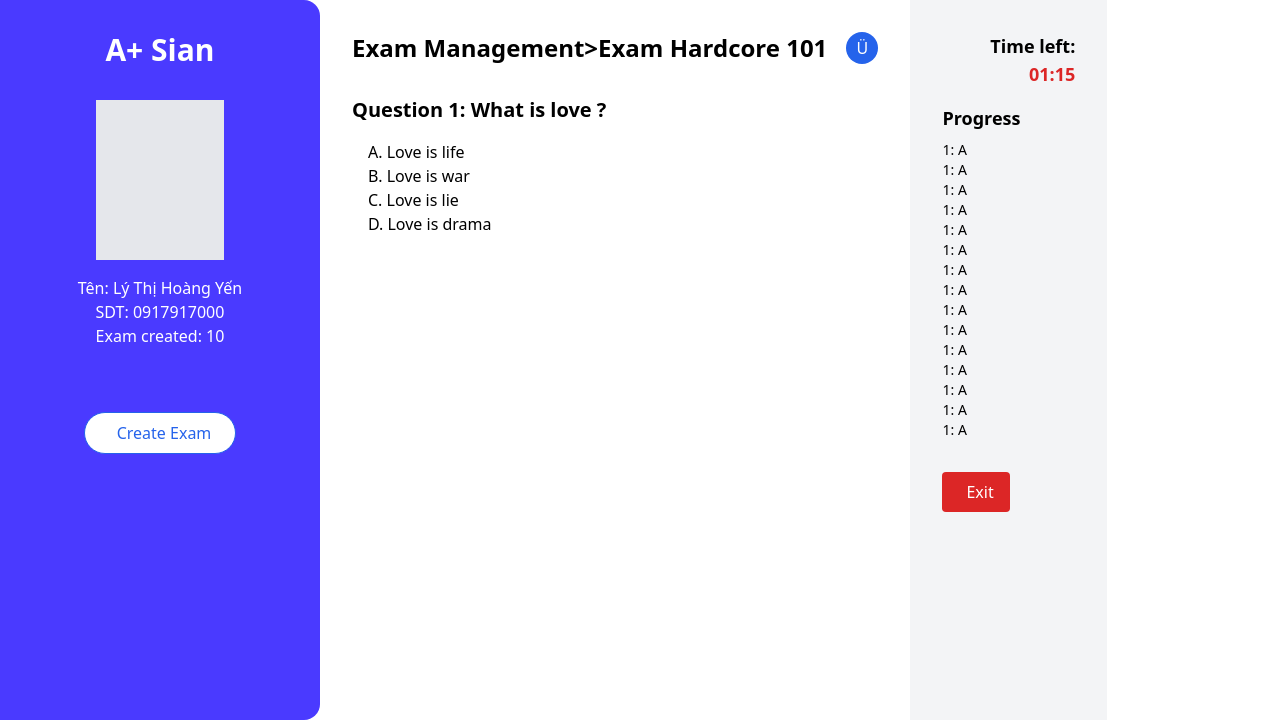
Repository: LyThiHoangYen/A_client
Page: / (app in online-exam-system-frontend/)
An editor plug-in stored every save of this project. The page is shown before and after a run of saves, followed by the edit.
The browser window is 1280 px wide. The pictures show the whole page.
The project was rebuilt for these pictures with package versions that can differ from the ones it lists, and the page was loaded fresh each time.

Above is the page before, as saved 2024-10-23 14:26:10.

### online-exam-system-frontend/src/App.js
import Sidebar from "./components/sidebar";
import StudentExamPage from "./pages/studentExamPage";

function App() {
  return (
    <div className="flex h-screen">
      <Sidebar />
      <StudentExamPage />
    </div>
  );
}

export default App;

### online-exam-system-frontend/src/components/sideBar.js
import UserProfile from "./userProfile";
import Button from "./button";

function Sidebar () {
  return (
    <div className="bg-[#4a3aff] text-white w-1/4 p-8 flex flex-col items-center rounded-tr-2xl rounded-br-2xl">
      <div className="text-3xl font-bold mb-8">A+ Sian</div>
      <UserProfile
        name="Lý Thị Hoàng Yến"
        phone="0917917000"
        examsCreated={10}
      />
      <Button text="Create Exam" />
    </div>
  );
  };

export default Sidebar;

### online-exam-system-frontend/src/pages/studentExamPage.js
import SidebarRight from "../components/rightSideBarExam";
import TakeTheExam from "../components/takeTheExam";

function StudentExamPage () {
    return (
    <div className="flex h-screen">
      <TakeTheExam />
      <SidebarRight />
    </div>
  );
};
export default StudentExamPage;

### online-exam-system-frontend/src/components/userProfile.js
function UserProfile ({ name, phone, examsCreated }){
    return (
        <div className="text-center mb-8">
        <div className="bg-gray-200 w-32 h-40 mb-4 mx-auto"/>
        <p>Tên: {name}</p>
        <p>SDT: {phone}</p>
        <p>Exam created: {examsCreated}</p>
        </div>
    );
}

  export default UserProfile;

### online-exam-system-frontend/src/components/button.js
function Button({ text }) {
  return (
    <div className="mt-8 flex justify-center">
    <button className="bg-white text-blue-600 border border-blue-600 rounded-full px-6 py-2 flex items-center">
      <i className="fas fa-arrow-left mr-2"></i> {text}
    </button>
  </div>
  );
}

export default Button;

### online-exam-system-frontend/src/components/rightSideBarExam.js
import ProgressItem from "./progressTracking";
import Timer from "./timer";
import Button from "./button";
function SidebarRight () {
    const progress = Array(15).fill({ questionNumber: 1, answer: 'A' });

    return (
      <div className="w-1/4 p-8 bg-gray-100">
        <Timer timeLeft="01:15" />
        <div className="mb-8">
          <div className="text-lg font-bold mb-2">Progress</div>
          <div className="text-sm">
            {progress.map((item, index) => (
              <ProgressItem
                key={index}
                questionNumber={item.questionNumber}
                answer={item.answer}
              />
            ))}
          </div>
        </div>
        <div className="flex justify-between">

          <button className="bg-red-600 text-white px-4 py-2 rounded flex items-center">
            <i className="fas fa-times mr-2"></i> Exit
          </button>
        </div>
      </div>
    );
  };

export default SidebarRight;

### online-exam-system-frontend/src/components/takeTheExam.js
import Question from "./question";
import Header from "./header";

function TakeTheExam () {
    const questions = [
      {
        number: 1,
        question: "What is love ?",
        options: [
          "A. Love is life",
          "B. Love is war",
          "C. Love is lie",
          "D. Love is drama"
        ]
      },
      // Repeat for questions 2 and 3...
    ];

    return (
      <div className="w-3/4 p-8">
        <Header examCode="1234567" />
        <div>
          {questions.map((q) => (
            <Question key={q.number} {...q} />
          ))}
        </div>
      </div>
    );
  };

export default TakeTheExam;

### online-exam-system-frontend/src/components/progressTracking.js
function ProgressItem ({ questionNumber, answer }) {
    return (
        <div>{questionNumber}: {answer}</div>
  );
}

export default ProgressItem;

### online-exam-system-frontend/src/components/timer.js
// Timer Component
function Timer ({ timeLeft }) {
    return (
    <div className="text-right mb-4">
      <div className="text-lg font-bold">
        Time left: <span className="text-red-600">{timeLeft}</span>
      </div>
    </div>
  );
};

export default Timer;

### online-exam-system-frontend/src/components/question.js
function Question ({ number, question, options }) {
    return (
        <div className="mb-8">
        <div className="text-xl font-bold mb-4">Question {number}: {question}</div>
        <div className="ml-4">
            {options.map((option, index) => (
            <div key={index}>{option}</div>
            ))}
        </div>
        </div>
    );
}

export default Question;

### online-exam-system-frontend/src/components/header.js
function Header () {
    return (
        <div className="flex justify-between items-center mb-8">
        <h1 className="text-2xl font-bold">Exam Management&gt;Exam Hardcore 101</h1>
        <div className="flex items-center space-x-4">
          <i className="fas fa-bell text-blue-600 text-xl"></i>
          <div className="bg-blue-600 text-white rounded-full w-8 h-8 flex items-center justify-center">
            Ü
          </div>
        </div>
      </div>
    );
  };

export default Header;

Loaded but not shown: online-exam-system-frontend/public/index.html (common file); online-exam-system-frontend/src/index.js (common file); online-exam-system-frontend/src/index.css (common file); online-exam-system-frontend/tailwind.config.js (common file)

After the next 2 saves:
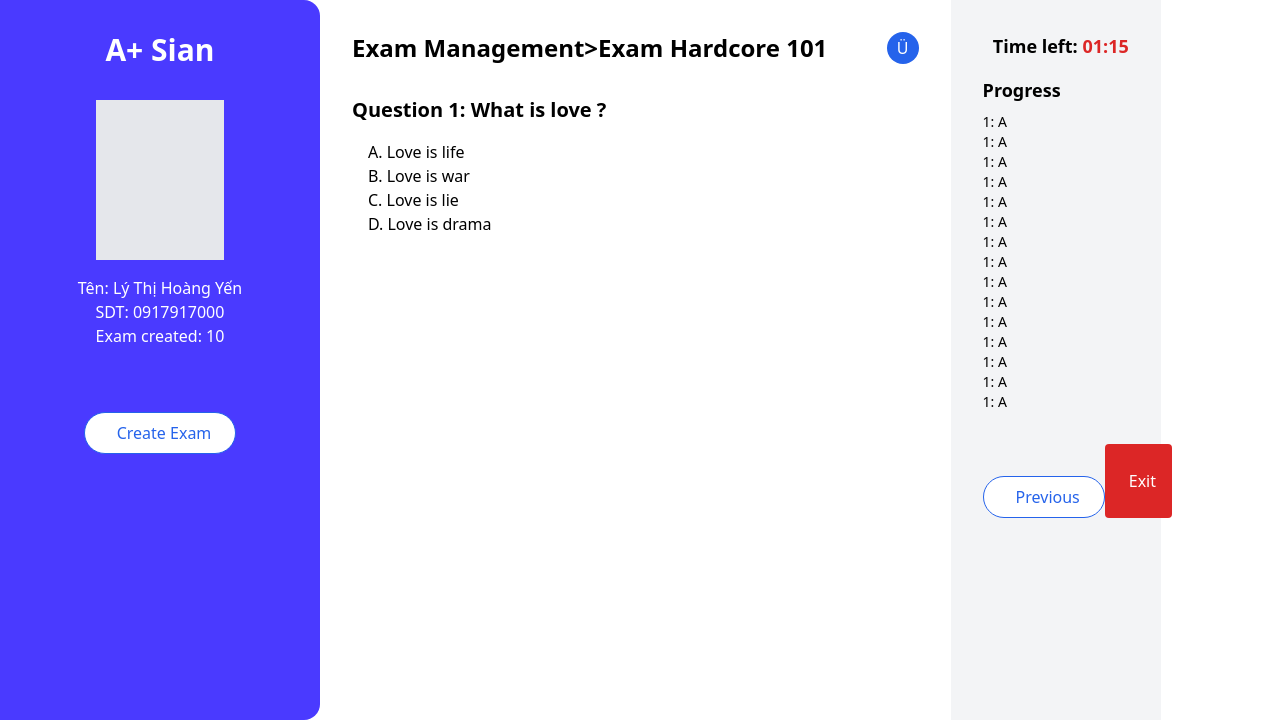
The 2 saves are shown as one change because they came seconds apart.
The last was saved 6 s later.
--- a/online-exam-system-frontend/src/components/rightSideBarExam.js
+++ b/online-exam-system-frontend/src/components/rightSideBarExam.js
@@ -20,7 +20,7 @@ function SidebarRight () {
           </div>
         </div>
         <div className="flex justify-between">
-
+            <Button text="Previous" />
           <button className="bg-red-600 text-white px-4 py-2 rounded flex items-center">
             <i className="fas fa-times mr-2"></i> Exit
           </button>
